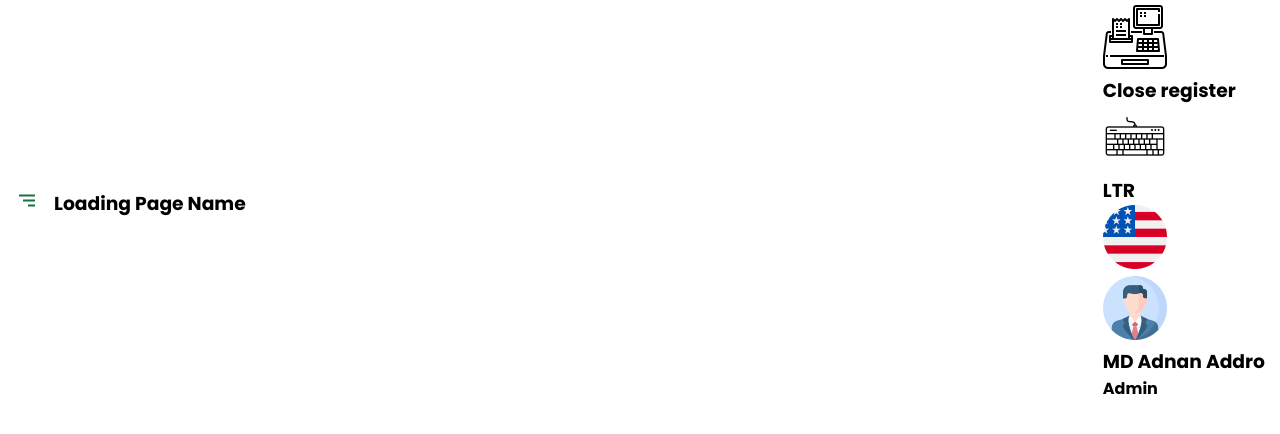
Repository: codebyaddro/pos-navbar
Page: index.html
The author's editor kept a copy of each file at every save. The page is drawn from the files as they stood at one save, then again after a run of saves.
The browser window is 1280 px wide. The pictures show the whole page.

Above is the page before, as saved 2025-02-13 14:45:22.

### index.html
<!DOCTYPE html>
<html lang="en">
<head>
    <meta charset="UTF-8">
    <meta name="viewport" content="width=device-width, initial-scale=1.0">
    <!-- CSS -->
    <link rel="stylesheet" href="/css/style.css">
    <!-- Icons -->
    <link href='https://unpkg.com/boxicons@2.1.4/css/boxicons.min.css' rel='stylesheet'>
    <title>Navbar - Block</title>
</head>
<body>
    <nav class="cba-nav-container">
        <div class="cba-nav-side-menu-toggle-icon-loading-pagename">
            <div class="cba-nav-side-menu-toggle-icon">
                <!-- toggle first icon -->
                <i class='t-icon-open bx bx-menu-alt-right' id="iconDisplay" onclick="toggleIcon()"></i>
                <!-- toggle second icon -->
                <!-- <i class='t-icon-close bx bx-menu-alt-left' id="iconDisplay" onclick="toggleIcon()"></i> -->
                <!--todo: one of the toggle icon should be commented-->
            </div>
            <div class="cba-nav-loading-pagename">
                <h3><span>Loading Page Name</span></h3>
            </div>
        </div>
        <div class="cba-nav-features-user-logo-name">
            <div class="cba-nav-features">
                <div class="cba-nav-close-counter">
                    <img src="/img/cash-register.png" alt="cash-register-img">
                    <h3>Close register</h3>
                </div>
                <div class="cba-nav-keyboard-shortcut">
                    <img src="/img/computer-keyboard.png" alt="keyboard-img">
                </div>
                <div class="cba-nav-ltr-rtl-switch">
                    <h3><span id="text">LTR</span></h3>
                </div>
                <div class="cba-nav-lang-switch" onclick="toggleImage()">
                    <img src="/img/united-states.png" title="English" alt="united-state-flag" id="image">
                </div>
            </div>
            <div class="cba-nav-user-logo-name">
                <div class="cba-nav-user-logo">
                    <img src="/img/User.png" alt="user-img">
                </div>
                <div class="cba-nav-user-name">
                    <div class="cba-nav-user-name">
                        <h3>MD Adnan Addro</h3>
                    </div>
                    <div class="cba-nav-user-role">
                        <h4>Admin</h4>
                    </div>
                </div>
            </div>
        </div>
    </nav>
    <!-- Javascript -->
    <script src="/script/main.js"></script>
</body>
</html>

### css/style.css
/* -- fonts -- */
@import url('https://fonts.googleapis.com/css2?family=Poppins:ital,wght@0,100;0,200;0,300;0,400;0,500;0,600;0,700;0,800;0,900;1,100;1,200;1,300;1,400;1,500;1,600;1,700;1,800;1,900&family=Raleway:ital,wght@0,100..900;1,100..900&family=Roboto:ital,wght@0,100;0,300;0,400;0,500;0,700;0,900;1,100;1,300;1,400;1,500;1,700;1,900&family=VT323&display=swap');

/* -- root -- */

:root {
    --gray-white: #F0F1F2; /* For body*/
    --white: #FFFFFF;
    --black: #000000;
    --gray-black: #DDDDDD;
    --light-black: #212523;
    --light-black-op: #21252350;
    --main-green: #157343;
    --main-light: #37A000;
    --light-orange: #FD7E14;
    --green: #008000;
    --light-green: #e9f6ec;
    --red: #FF0000;
    --light-red: #fbeaec;
}

/* -- universal style -- */

* {
    margin: 0;
    padding: 0;
    box-sizing: border-box;
    font-family: "Poppins", serif;
}

/* -- web app cursor element selection style -- */

::selection {
    color: var(--white);
    background-color: var(--main-light);
}

/* -- nav container style -- */

.cba-nav-container {
    display: flex;
    justify-content: space-between;
    align-items: center;
    padding: 5px 15px;
}

/* -- nav side menu toggle icon and loading pagename style -- */

.cba-nav-side-menu-toggle-icon-loading-pagename {
    display: flex;
    gap: 15px;
    align-items: center;
}

/* -- nav side menu toggle icon style -- */

.t-icon-open {
    color: var(--main-green);
    font-size: 1.5rem;
    cursor: pointer;
}

.t-icon-close {
    color: var(--main-green);
    font-size: 2rem;
    cursor: pointer;
}

### script/main.js
// JS function for Side Navigation Bar Toggle

function toggleIcon() {
    let icon = document.getElementById("iconDisplay");

    if (icon.classList.contains("bx-menu-alt-right")) {
        icon.classList.remove("bx-menu-alt-right");
        icon.classList.add("bx-menu-alt-left"); // Change to user alt left icon
    } else {
        icon.classList.remove("bx-menu-alt-left");
        icon.classList.add("bx-menu-alt-right"); // Change back to alt right icon
    }
}

// End of Side Navigation Bar Toggle

After the next 2 saves:
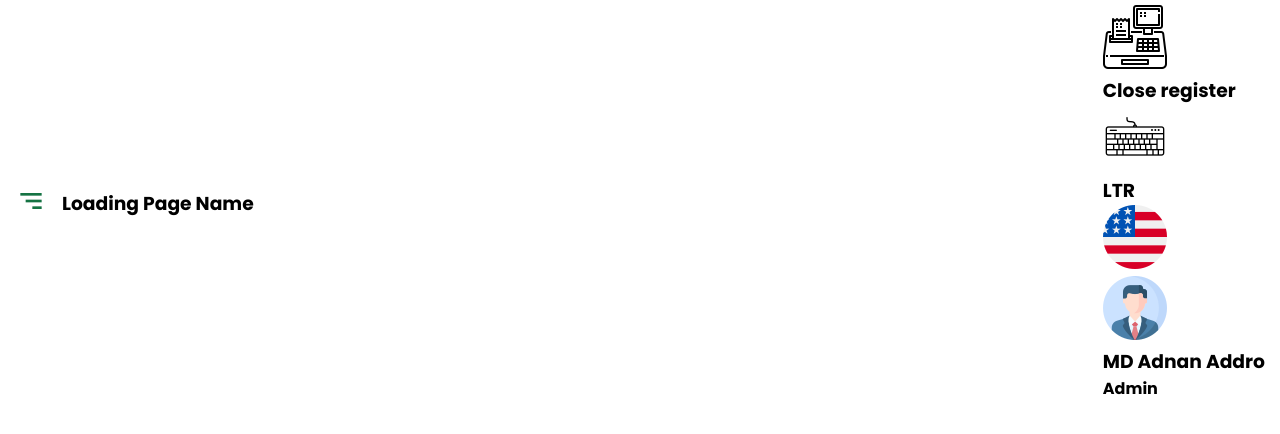
The 2 saves are shown as one change because they came seconds apart.
The last was saved 17 s later.
--- a/css/style.css
+++ b/css/style.css
@@ -56,7 +56,7 @@
 
 .t-icon-open {
     color: var(--main-green);
-    font-size: 1.5rem;
+    font-size: 2rem;
     cursor: pointer;
 }
 
